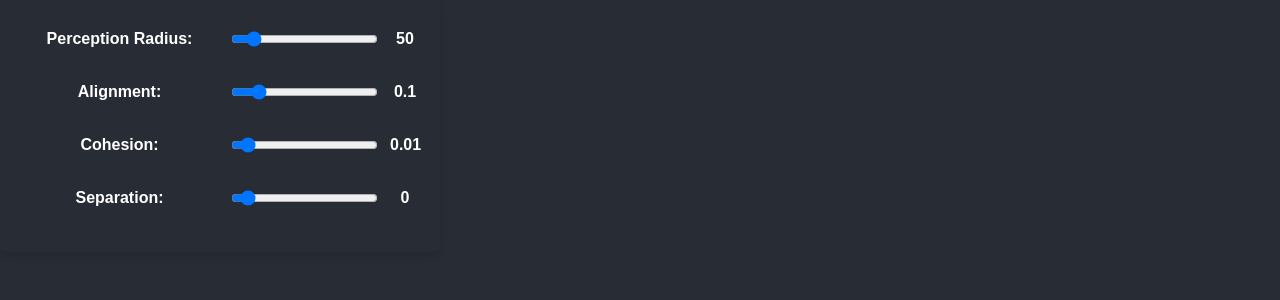
Repository: eltonsampaio12/boids
Page: index.html
The author's editor kept a copy of each file at every save. The page is drawn from the files as they stood at one save, then again after the next save.
The browser window is 1280 px wide. The pictures show the whole page.

Above is the page before, as saved 2024-02-01 00:11:47.
Not found: main.ts

### index.html
<!DOCTYPE html>
<html lang="en">
  <head>
    <meta charset="utf-8" />
    <title>My first three.js app</title>
    <style>
      body {
        margin: 0;
        background-color: #282c34;
        color: white;
        font-family: "Arial", sans-serif;
      }

      .container {
        width: 400px;
        padding: 20px;
        border-radius: 8px;
        box-shadow: 0 4px 8px rgba(0, 0, 0, 0.1);
        text-align: center;
      }

      .parameterParent {
        display: flex;
        align-items: center;
        margin-bottom: 15px;
      }

      label {
        margin-right: 10px;
        font-weight: bold;
        flex: 1;
      }

      input {
        padding: 8px;
        border: 1px solid #ccc;
        border-radius: 4px;
        outline: none;
      }

      span {
        font-weight: bold;
        margin-left: 10px;
        width: 30px;
      }
    </style>
  </head>
  <body>
    <script type="module" src="/main.ts"></script>

    <div class="container">
      <div class="parameterParent">
        <label for="perceptionRadiusSlider">Perception Radius:</label>
        <input
          type="range"
          id="perceptionRadiusSlider"
          min="0"
          max="1000"
          value="50"
          step="1"
        />
        <span id="perceptionRadiusValue">50</span>
      </div>

      <div class="parameterParent">
        <label for="alignmentSlider">Alignment:</label>
        <input
          type="range"
          id="alignmentSlider"
          min="0"
          max="1"
          value="0.1"
          step="0.1"
        />
        <span id="alignmentValue">0.1</span>
      </div>

      <div class="parameterParent">
        <label for="cohesionSlider">Cohesion:</label>
        <input
          type="range"
          id="cohesionSlider"
          min="0"
          max="1"
          value="0.01"
          step="0.1"
        />
        <span id="cohesionValue">0.01</span>
      </div>

      <div class="parameterParent">
        <label for="separationSlider">Separation:</label>
        <input
          type="range"
          id="separationSlider"
          min="0"
          max="100"
          value="0"
          step="0.1"
        />
        <span id="separationValue">0</span>
      </div>
    </div>
  </body>
</html>

After the next save:
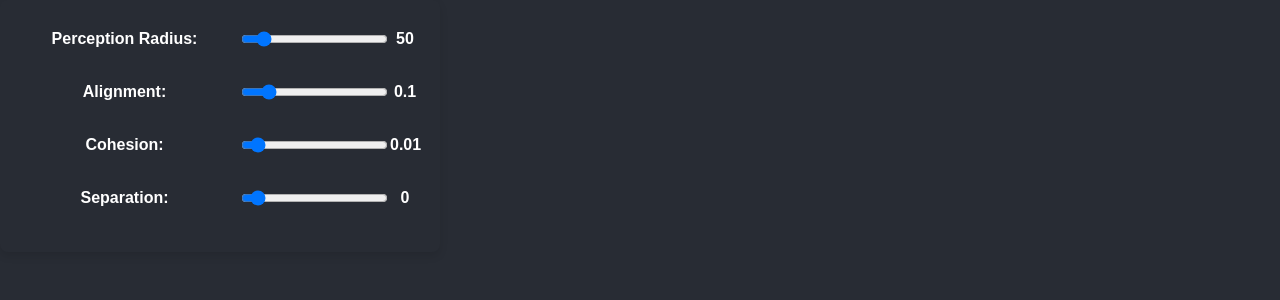
Saved 4 s later.
--- a/index.html
+++ b/index.html
@@ -40,7 +40,6 @@
 
       span {
         font-weight: bold;
-        margin-left: 10px;
         width: 30px;
       }
     </style>
